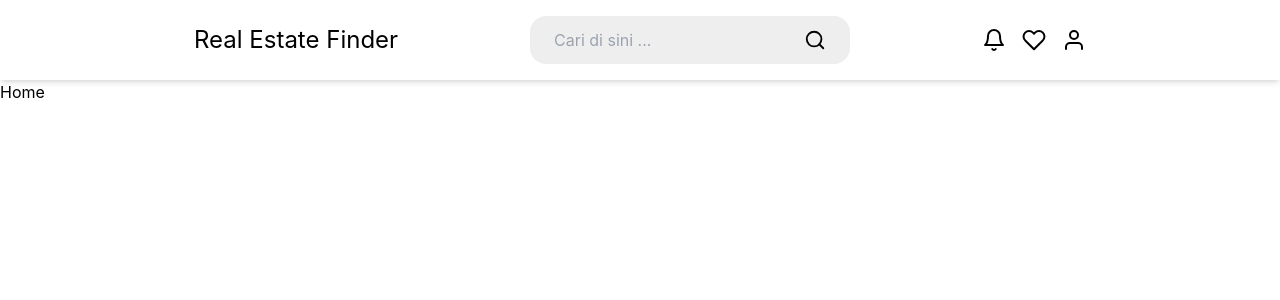
Repository: farrelmuhammad/real-estate-react
Page: /
These files come from the project's save history. The page is drawn as it stood at one moment and after the next save; the edit follows.
The browser window is 1280 px wide. The pictures show the whole page.
The project was rebuilt for these pictures with package versions that can differ from the ones it lists, and the page was loaded fresh each time. Also part of the build but not shown: src/App.css.

Above is the page before, as saved 2023-02-06 19:05:41.

After the next save:
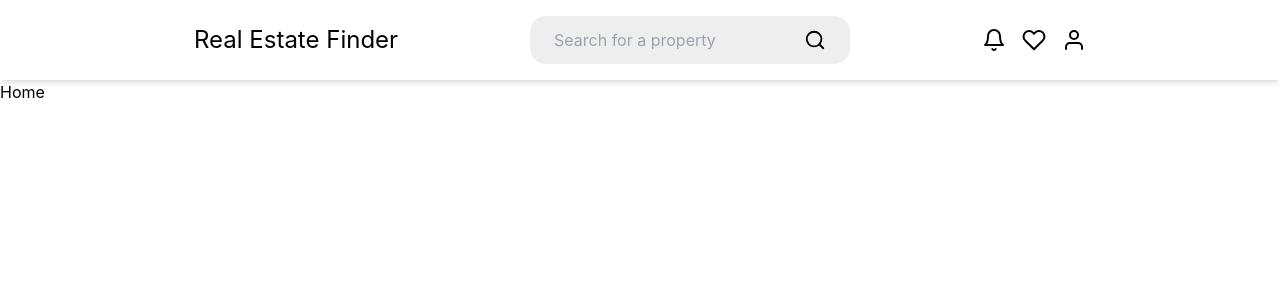
Saved 57 s later.
--- a/src/components/Navbar.jsx
+++ b/src/components/Navbar.jsx
@@ -8,10 +8,8 @@ const Navbar = () => {
                 className="sticky top-0 w-full flex items-center justify-between py-4 bg-white text-black shadow-none lg:shadow-md navbar navbar-expand-lg navbar-light px-5 z-40"
             >
                 <div className="container-fluid w-full flex flex-wrap items-center justify-between lg:justify-around lg:max-w-screen-lg lg:mx-auto">
-                    {/* <div className="bg-purple-5 px-3 py-2 text-xl text-black font-extralight">SecondHand</div> */}
                     <div className="w-8 lg:w-auto lg:flex-grow-0">
                         <div className="lg:flex gap-4 items-center text-2xl hidden">
-                            {/* <FiList /> */}
                             <h1>Real Estate Finder</h1>
                         </div>
                     </div>
@@ -19,7 +17,7 @@ const Navbar = () => {
                         <div className="h-12 bg-white rounded-2xl py-3 px-6 text-neutral-3 flex lg:bg-[#EEEEEE]">
                             <input
                                 className="w-full h-full bg-transparent focus:outline-none"
-                                placeholder="Cari di sini ..."
+                                placeholder="Search for a property"
                             />
                             <FiSearch className="text-2xl" />
                         </div>
